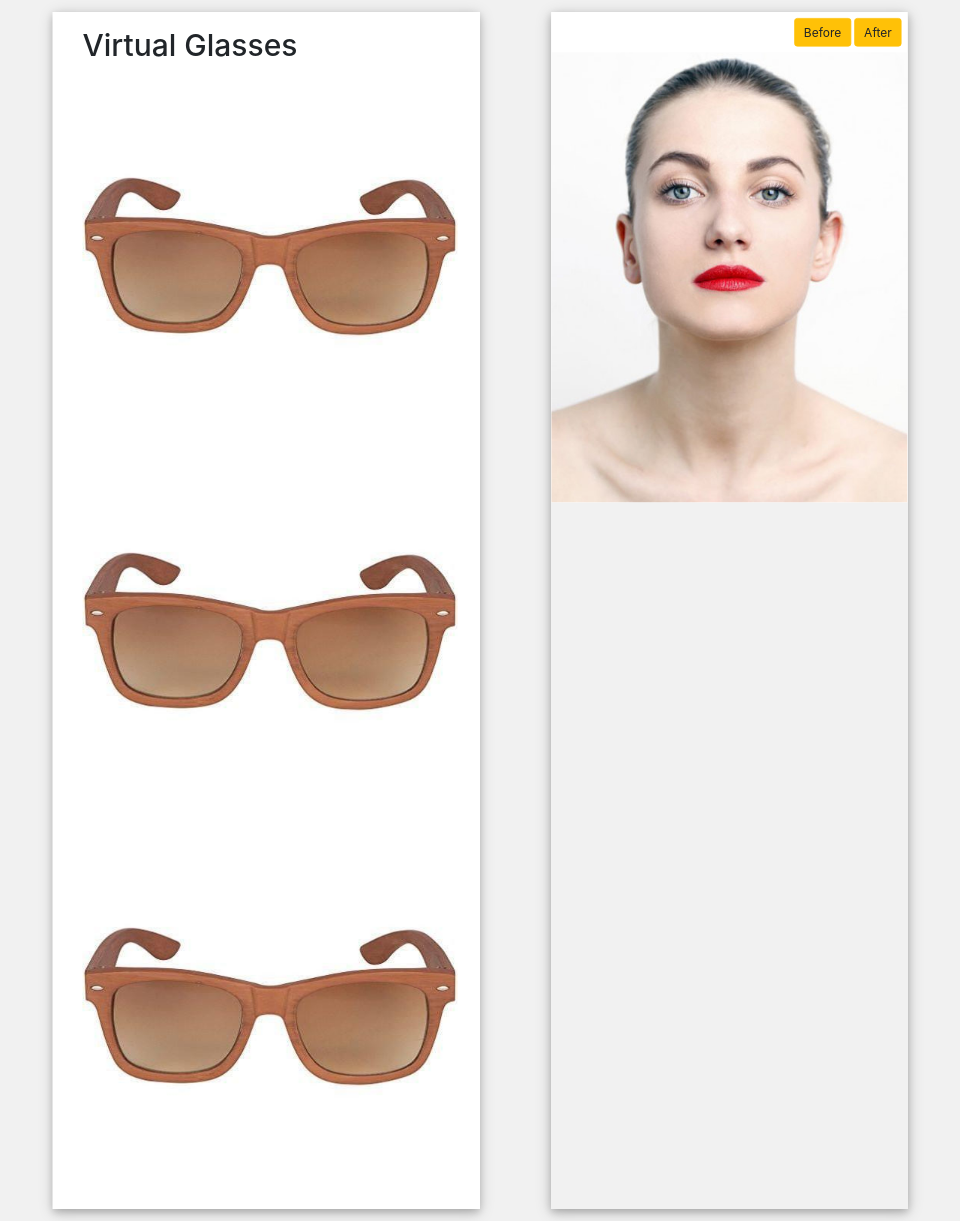
Repository: Khoi300399/BC35E_ES6_B2_MaThanhKhoi
Page: index.html
These files come from the project's save history. The page is drawn as it stood at one moment and after the next save; the edit follows.
The browser window is 1280 px wide. The pictures show the whole page, at 75% of full size.

Above is the page before, as saved 2022-10-21 17:30:44.

After the next save:
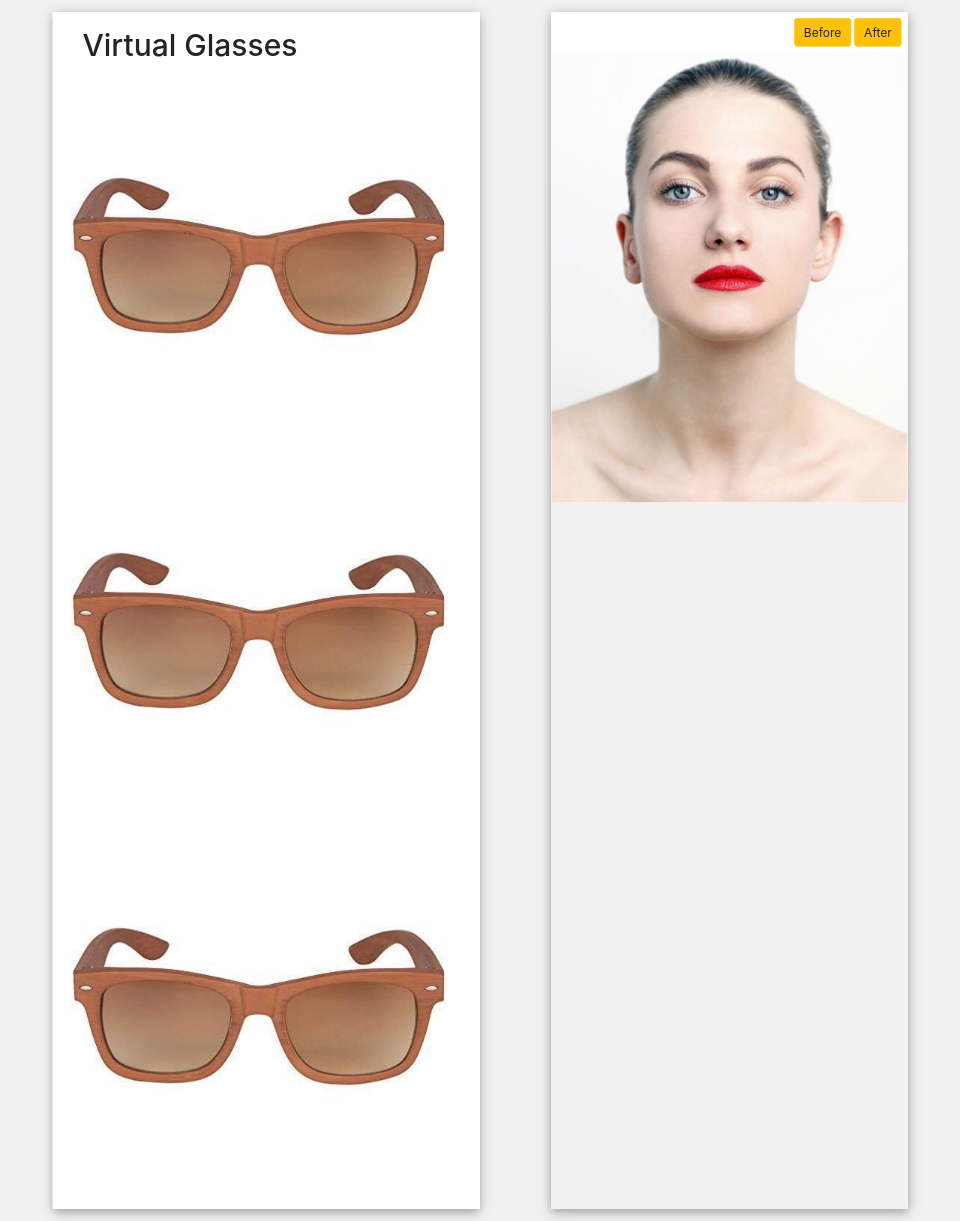
Saved 3 min 19 s later.
--- a/index.html
+++ b/index.html
@@ -30,11 +30,12 @@
               <h1 class="mb-2">Virtual Glasses</h1>
             </div>
           </div>
-          <div class="row" id="vglassesList"></div>
-          <div class="rol-4" id="vglassesItem">
-            <img class="vglasses__items" src="./img/g1.jpg" alt="" />
-            <img class="vglasses__items" src="./img/g1.jpg" alt="" />
-            <img class="vglasses__items" src="./img/g1.jpg" alt="" />
+          <div class="row" id="vglassesList">
+            <div class="rol-4" id="vglassesItem">
+              <img class="vglasses__items" src="./img/g1.jpg" alt="" />
+              <img class="vglasses__items" src="./img/g1.jpg" alt="" />
+              <img class="vglasses__items" src="./img/g1.jpg" alt="" />
+            </div>
           </div>
         </div>
         <div class="col-5 vglasses__right p-0">
